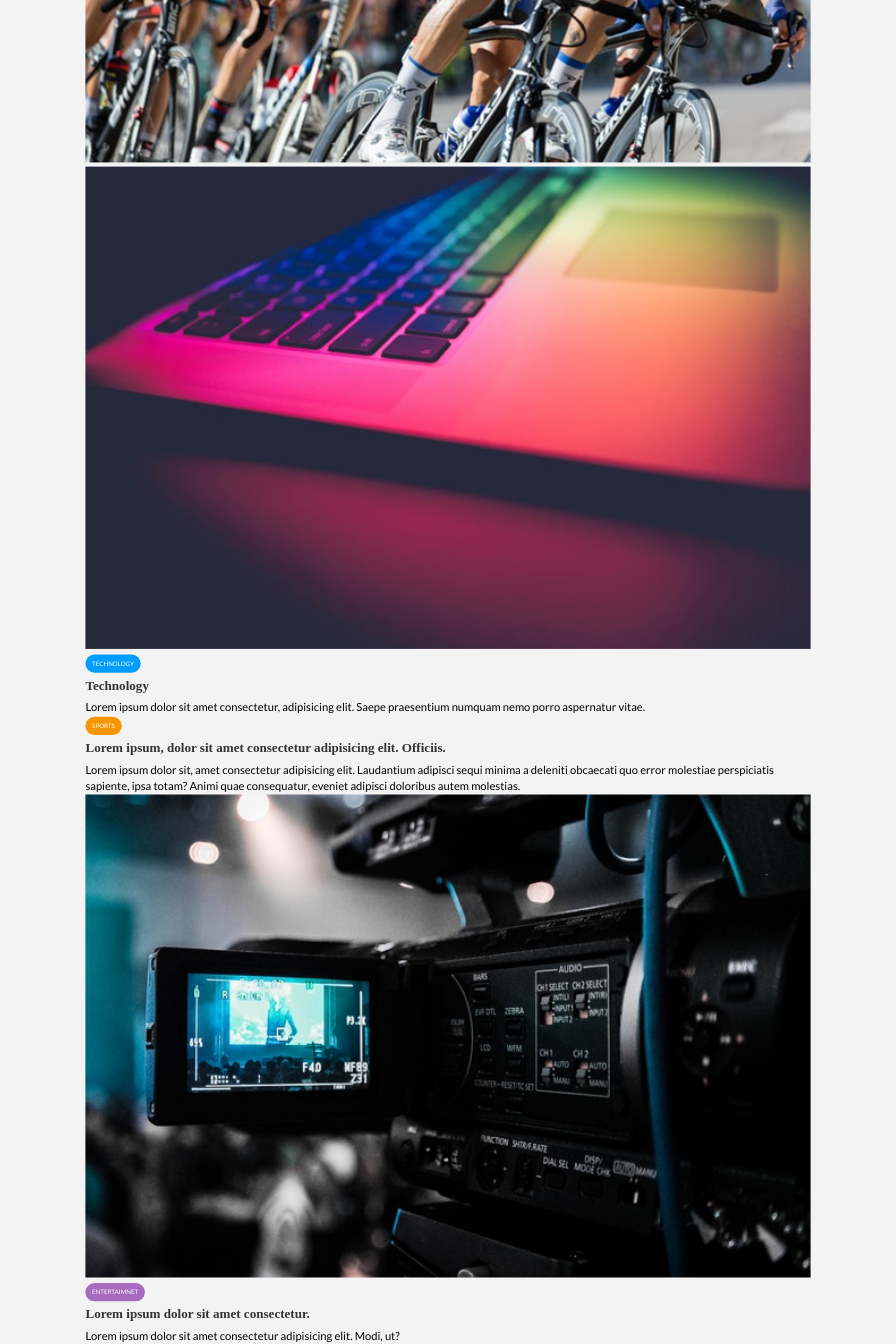
Repository: EswinGiova/NewsGrid
Page: index.html
These files come from the project's save history. The page is drawn as it stood at one moment and after the next save; the edit follows.
The browser window is 1280 px wide. The pictures show the part of the page from y = 2720 to 4640 px (the page is 4640 px tall), at 70% of full size.
Some web libraries are served in a nearby version.

Above is the page before, as saved 2020-09-19 20:34:24.

After the next save:
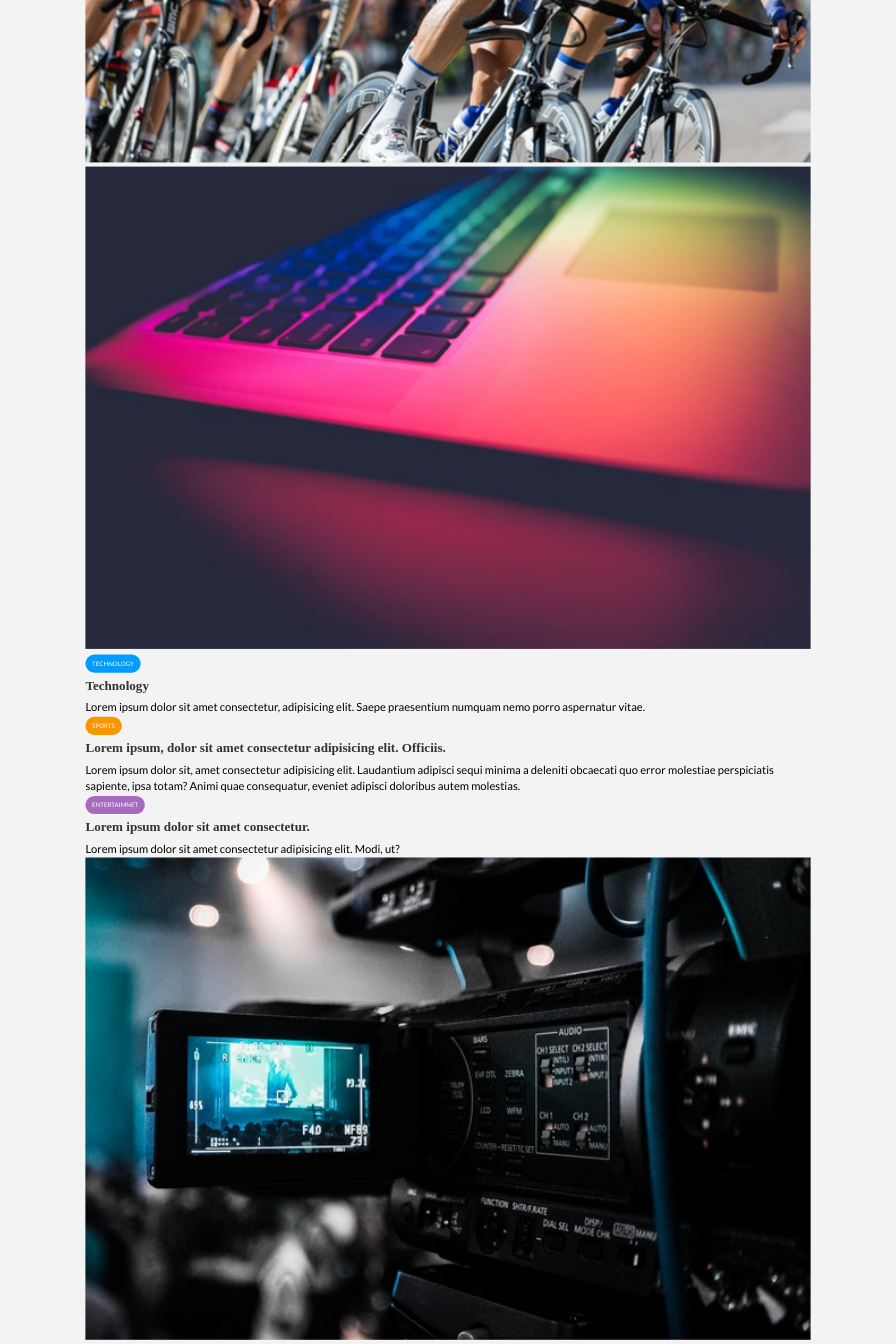
Saved 25 s later.
--- a/index.html
+++ b/index.html
@@ -139,7 +139,6 @@
         </article>
 
         <article class="card">
-          <img src="./image_resources/articles/ent2.jpg" alt="" />
           <div>
             <div class="category category-ent">Entertaimnet</div>
             <h3>
@@ -151,6 +150,7 @@
               Lorem ipsum dolor sit amet consectetur adipisicing elit. Modi, ut?
             </p>
           </div>
+          <img src="./image_resources/articles/ent2.jpg" alt="" />
         </article>
       </div>
     </section>
